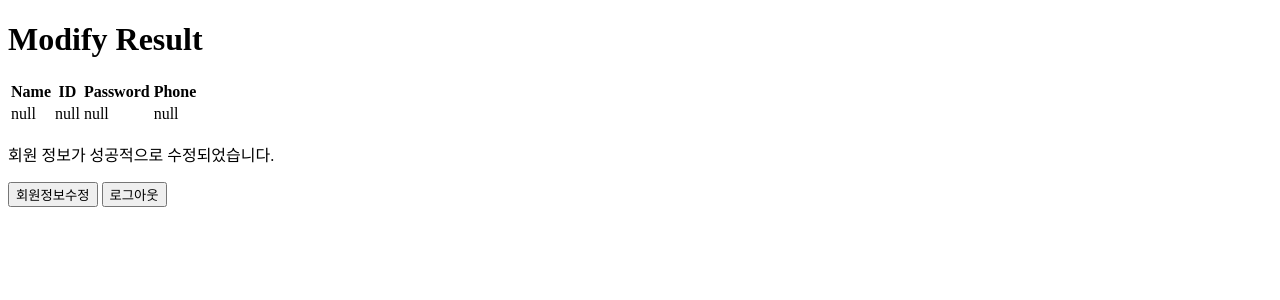
Repository: i-kemen/jsp
Page: http://localhost/WebTest/modifyResult.jsp
These files come from the project's save history. The page is drawn as it stood at one moment and after the next save; the edit follows.
The browser window is 1280 px wide. The pictures show the whole page.
The page is served by Tomcat 10.

Above is the page before, as saved 2023-06-22 11:30:33.

After the next save:
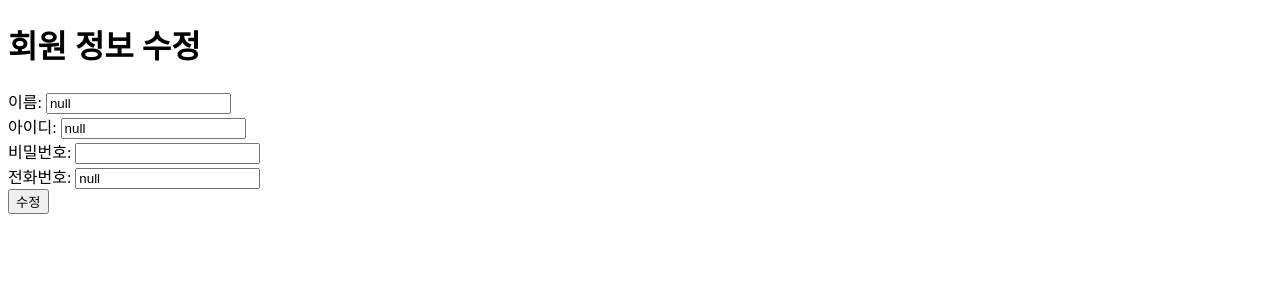
Saved 2 min 25 s later.
--- a/WebTest/src/main/webapp/modifyResult.jsp
+++ b/WebTest/src/main/webapp/modifyResult.jsp
@@ -3,39 +3,20 @@
 <html>
 <head>
     <meta charset="UTF-8">
-    <title>Modify Result</title>
+    <title>Modify</title>
 </head>
 <body>
-    <h1>Modify Result</h1>
-    <%-- 수정된 회원 정보를 출력 --%>
-    <table>
-        <tr>
-            <th>Name</th>
-            <th>ID</th>
-            <th>Password</th>
-            <th>Phone</th>
-        </tr>
-        <tr>
-            <td><%= session.getAttribute("name") %></td>
-            <td><%= session.getAttribute("id") %></td>
-            <td><%= session.getAttribute("password") %></td>
-            <td><%= session.getAttribute("phone") %></td>
-        </tr>
-    </table>
-    <p>회원 정보가 성공적으로 수정되었습니다.</p>
-
-      <script>
-    function goToModifyPage() {
-        location.href = "modify.jsp";
-    }
-
-    function goToLogOutPage() {
-        location.href = "logout.jsp";
-    }
-</script>
-
-<button onclick="goToModifyPage()">회원정보수정</button>
-<button onclick="goToLogOutPage()">로그아웃</button>
-
+    <h1>회원 정보 수정</h1>
+    <form action="ModifyOk" method="post">
+        <label for="name">이름:</label>
+        <input type="text" id="name" name="name" value="<%= session.getAttribute("name") %>" required><br>
+        <label for="id">아이디:</label>
+        <input type="text" id="id" name="id" value="<%= session.getAttribute("id") %>" required><br>
+        <label for="password">비밀번호:</label>
+        <input type="password" id="password" name="password" required><br>
+        <label for="phone">전화번호:</label>
+        <input type="text" id="phone" name="phone" value="<%= session.getAttribute("phone") %>" required><br>
+        <button type="submit">수정</button>
+    </form>
 </body>
 </html>
